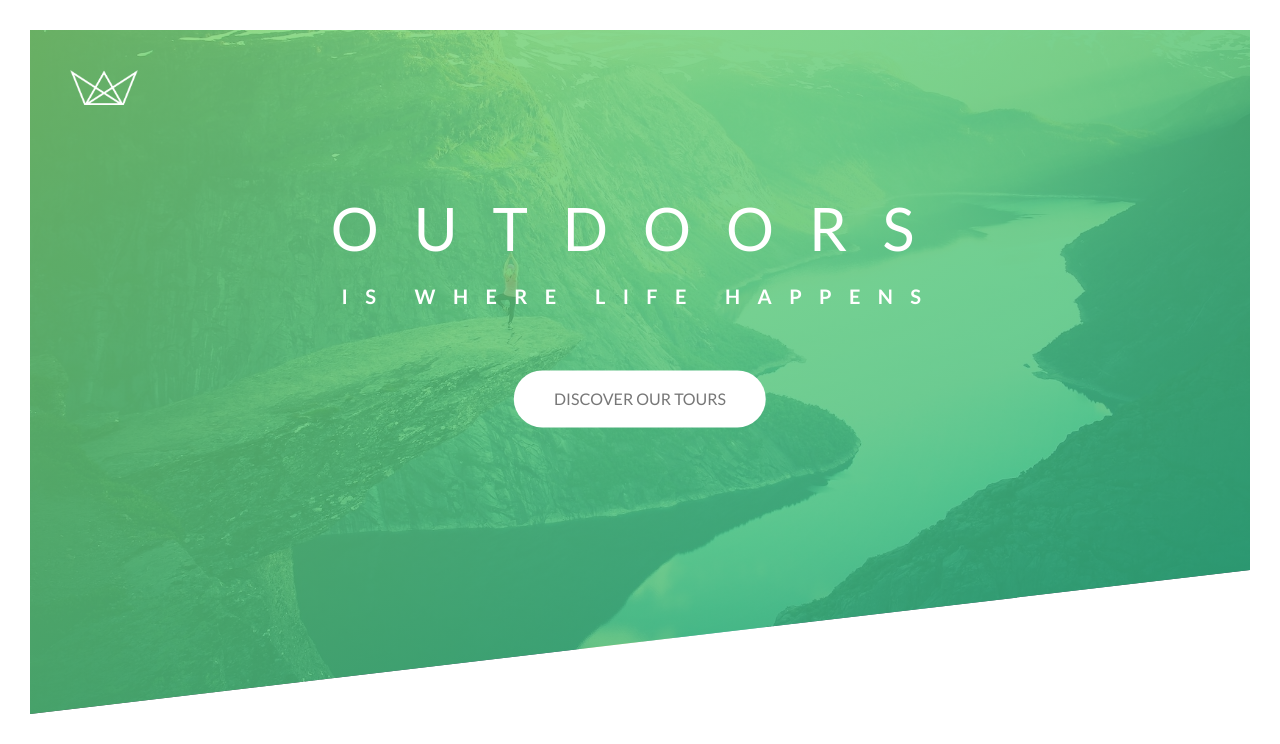
Repository: MalgorzataMazur/Natours
Page: index.html
These files come from the project's save history. The page is drawn as it stood at one moment and after the next save; the edit follows.
The browser window is 1280 px wide. The pictures show the whole page.
The pointer rests on the first visible `.btn`.

Above is the page before, as saved 2020-01-13 00:21:42.

### index.html
<!DOCTYPE html>
<html lang="en">
<head>
    <meta charset="UTF-8">
    <meta name="viewport" content="width=device-width, initial-scale=1.0">
    <meta http-equiv="X-UA-Compatible" content="ie=edge">

    <link href="https://fonts.googleapis.com/css?family=Lato:100,300,400,700,900" rel="stylesheet">


    <link rel="stylesheet" href="css/style.css">
    <link rel="shortcut icon" type="image/png" href="img/favicon.png">

    <title>Natours | Exciting tours for adventurous people</title>
</head>
<body>
    <header class="header">  <!-- green field -->
        <div class="logo-box">
            <img src="img/logo-white.png" alt="Logo" class="logo">
        </div>

        <div class="text-box">
            <h1 class="heading-primary">
                <span class="heading-primary-main">Outdoors</span>
                <span class="heading-primary-sub">is where life happens</span>
            </h1>
            <a href="#" class="btn btn-white">Discover our tours</a>
        </div>

    </header>
</body>
</html>

### css/style.css
/*
COLORS:

Light green: #7ed56f
Medium green: #55c57a
Dark green: #28b485

*/

/* universal selector */    /* that is BASIC RESET! */
* {
    margin: 0;
    padding: 0;
    box-sizing: border-box;
}

body {
    font-family: "Lato", sans-serif;          /* FONT HERE IN BODY BECASUE IS USUALLY IHERITATED */
    font-weight: 400;
    font-size: 16px;
    line-height: 1.7;                       /* 1.7 x higher than earlier defined height of line */
    color: #777;
    padding: 30px;                          /* around all website white strap */
}

.header {
    height: 95vh;                          /* a#7ed56f, t the boottom left white strap 5% */
    background-image: linear-gradient(
        to right bottom,                     /* define gradient here linear, from wich side sholuld starts here in line gradienfrom the left top to the right, colours */
        rgba(126, 213, 111, 0.8),
        rgba(40, 180, 131, 0.8)),
        url(../img/hero.jpg);
    background-size: cover;
    background-position: top;
    position: relative;

    clip-path: polygon(0 0, 100% 0, 100% 75vh, 0 100%);  /* do wedge (kiln, wcięcie) just to clip from one side, w do polygon (wilokat) we move every single corner move clockwise x & y)  */

}

.logo-box {
    position: absolute;                    /* in the left corner */
    top: 40px;
    left: 40px;
}

.logo {
    height: 35px;;
}

.text-box {
    position: absolute;
    top: 40%;                          /* top&left they're in relation to the parent element  */
    left: 50%;
    transform: translate(-50%, -50%);         /*translation  is in relation to the elemnet itself; header promary I mean an element to be centered we have to shifted 50% of height and width of element not parent */
    text-align: center;                /* button at the center */
}

.heading-primary {
    color: #ffffff;
    text-transform: uppercase;

    backface-visibility: hidden;
    margin-bottom: 60px;                 /* a little bit like to the top, shaky and it is to fix it  */
}

.heading-primary-main {
    display: block;
    font-size: 60px;
    font-weight: 400;
    letter-spacing: 35px;

    animation-name: moveInLeft;               /*  for animation to woerk there're two only properties to specify aniamtion name and the anim ation duration */
    animation-duration: 1s;
    animation-timing-function: ease-out;       /* define how animation will proceed slow/fast; ease-out the anim will start faster and then will become slower by the end */


    /*animation-delay: 3s;*/              /* set a delay we can in animation */
    /*animation-iteration-count: 3; */          /* how many times animation should happens */

}

.heading-primary-sub {
    display: block;
    font-size: 20px;
    font-weight: 700;
    letter-spacing: 17.4px;
    animation: moveInRight 1s ease-out;

}

@keyframes moveInLeft {            /* ANIMATION we started from @keyframes and name of animation;NOW I can specify whnt I want to happen in each moment of time of the animation  */
    0% {                          /* initial state */
       opacity: 0;                         /* first we wanted to be visible so opacity 0 and in the end opacity 1; opacity is one of properties that we animated here and transform property second */
       transform: translateX(-100px);        /* the element comes in from the left side */
    }                                          /* rotate(180deg) */

    80% {
        transform: translateX(10px);        /* to the right side goes */
    }

    100% {                        /* final state */
        opacity: 1;                         /* first we wanted to be visible so opacity 0 and in the end opacity 1 */
        transform: translate(0);     /* it's gonna look exactly right now */
    }
}


@keyframes moveInRight {
       0% {
        opacity: 0;
        transform: translateX(100px);      /* moves to the right */
    }

    80% {
        transform: translateX(-10px);
    }

    100% {
        opacity: 1;
        transform: translate(0);
    }
}

.btn:link,
.btn:visited {
    text-transform: uppercase;
    text-decoration: none;
    padding: 15px 40px;
    display: inline-block;              /* if specufypadding, width, height of elemet thay sholud be display as a inline-block */
    border-radius: 100px;
    transition: all .2s;
}

.btn:hover {
    transform: translateY(-3px);                       /* element moves up */
}

.btn:active {
    transform: translateY(-1px);
}
.btn-white {
    background-color: #fff;
    color: #777;
}

After the next save:
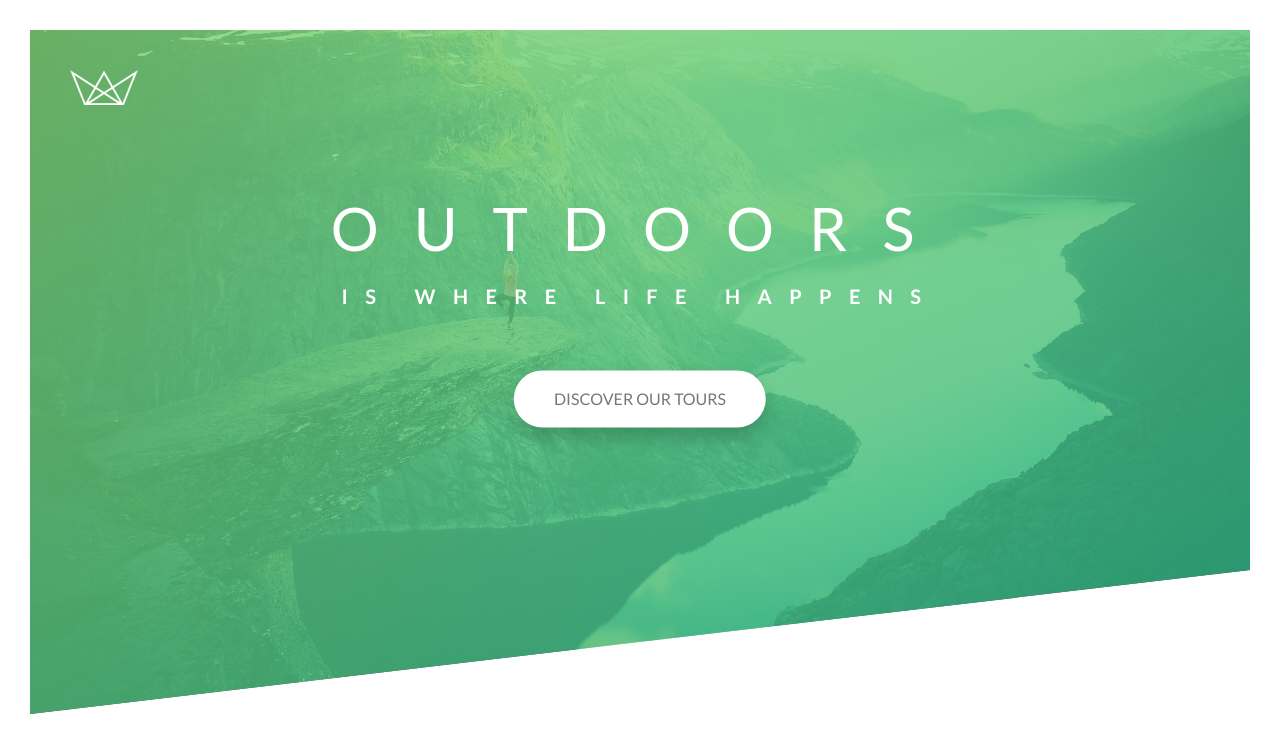
Saved 7 min 46 s later.
--- a/css/style.css
+++ b/css/style.css
@@ -134,10 +134,12 @@ body {
 
 .btn:hover {
     transform: translateY(-3px);                       /* element moves up */
+    box-shadow: 0 10px 20px rgba(0, 0, 0,.2);                       /* move x, y, blur, color */
 }
 
 .btn:active {
     transform: translateY(-1px);
+    /* box-shadow: 0 5px 10px rgba(0, 0, 0,.2) */
 }
 .btn-white {
     background-color: #fff;
